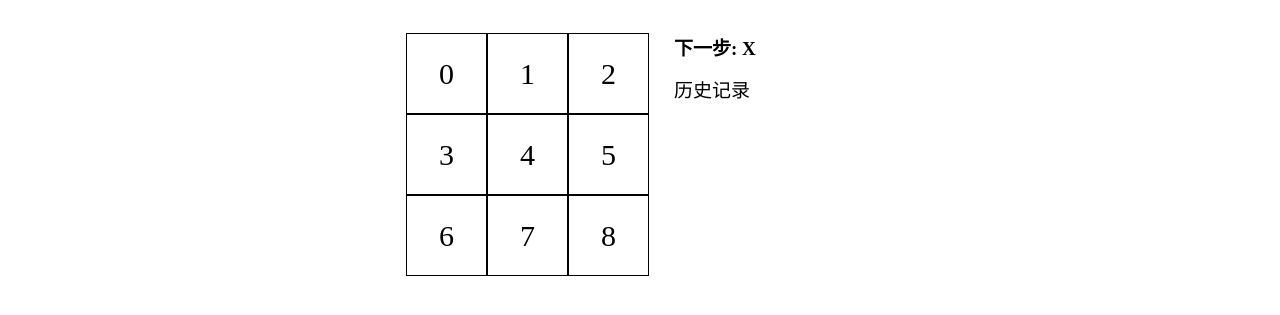
Repository: MiDouShiTongTong/react-tic-tac-toe
Page: /
These files come from the project's save history. The page is drawn as it stood at one moment and after the next save; the edit follows.
The browser window is 1280 px wide. The pictures show the whole page.
The project was rebuilt for these pictures with package versions that can differ from the ones it lists, and the page was loaded fresh each time.

Above is the page before, as saved 2019-04-01 21:17:45.

### src/App.tsx
import React from 'react';
import SquareList from './components/square-list';
import HistoryList from './components/history-list';
import PlayerInfo from './components/player-info';
import './App.scss';

interface Props {}

interface State {
  squareList: any;
  stepCount: number;
  historyList: any;
}

export default class App extends React.Component<Props, State> {
  public constructor(props: any) {
    super(props);
    this.state = {
      stepCount: 0,
      squareList: new Array(9).fill(null),
      historyList: []
    };
  }

  public getCurrentPlayer = (): string => {
    const { stepCount } = this.state;
    return stepCount % 2 === 0 ? 'X' : 'O';
  };

  public handlerSquareClick = (pos: any, info: object) => {
    const { state } = this;
    if (info === null) {
      // 新的历史记录
      const newHistoryList = state.historyList;
      newHistoryList.push({
        stepCount: state.stepCount,
        player: this.getCurrentPlayer(),
        pos
      });
      // 新的方框记录
      const newSquareList = state.squareList;
      newHistoryList.forEach(
        (history: any) => (newSquareList[history.pos] = history.player)
      );
      // 保存当前历史记录, 以及步数
      this.setState(prevState => ({
        stepCount: prevState.stepCount + 1,
        squareList: newSquareList,
        historyList: newHistoryList
      }));
    }
  };

  public render = (): JSX.Element => {
    const { state } = this;
    return (
      <div className="app-container">
        <div className="left-container">
          <SquareList
            squareList={state.squareList}
            handlerSquareClick={this.handlerSquareClick}
          />
        </div>
        <div className="right-container">
          <PlayerInfo currentPlayer={this.getCurrentPlayer()} />
          <HistoryList historyList={state.historyList} />
        </div>
      </div>
    );
  };
}

### src/components/square-list/index.tsx
import React from 'react';
import Square from '../square';
import './index.scss';

interface Props {
  squareList: any[];
  handlerSquareClick: (pos: any, info: object) => void;
}
interface State {}

export default class SquareList extends React.Component<Props, State> {
  constructor(props: any) {
    super(props);
    this.state = {};
  }

  public generateSquare(pos: any) {
    const { props } = this;
    return (
      <Square
        pos={pos}
        info={props.squareList[pos]}
        handlerSquareClick={props.handlerSquareClick}
      />
    );
  }

  public render = (): JSX.Element => {
    return (
      <section className="board-container">
        <div className="row">
          {this.generateSquare(0)}
          {this.generateSquare(1)}
          {this.generateSquare(2)}
        </div>
        <div className="row">
          {this.generateSquare(3)}
          {this.generateSquare(4)}
          {this.generateSquare(5)}
        </div>
        <div className="row">
          {this.generateSquare(6)}
          {this.generateSquare(7)}
          {this.generateSquare(8)}
        </div>
      </section>
    );
  };
}

### src/components/history-list/index.tsx
import React from 'react';
import './index.scss';

interface Props {
  historyList: any[];
}
interface State {}

export default class History extends React.Component<Props, State> {
  constructor(props: any) {
    super(props);
    this.state = {};
  }

  public render = (): JSX.Element => {
    const { props } = this;
    return (
      <section className="history-list-container">
        <span>历史记录</span>
        {props.historyList.length > 0 ? (
          <ul>
            {props.historyList.map((item, index) => (
              <li key={index}>
                <button type="button">
                  #{item.stepCount}, 棋手{item.player}, 下到位置{item.pos}
                </button>
              </li>
            ))}
          </ul>
        ) : null}
      </section>
    );
  };
}

### src/components/player-info/index.tsx
import React from 'react';
import './index.scss';

interface Props {
  currentPlayer: string;
}
interface State {}

export default class History extends React.Component<Props, State> {
  constructor(props: any) {
    super(props);
    this.state = {};
  }

  public render = (): JSX.Element => {
    const { props } = this;
    return (
      <section className="player-info-container">
        下一步: {props.currentPlayer}
      </section>
    );
  };
}

### src/App.scss
.app-container {
  display: flex;
  justify-content: center;
  padding: 25px;
  .right-container {
    padding-left: 25px;
  }
}

### src/components/square/index.tsx
import React from 'react';
import './index.scss';

interface Props {
  pos: any;
  info: object;
  handlerSquareClick: (pos: any, info: object) => void;
}
interface State {}

export default class Square extends React.Component<Props, State> {
  constructor(props: any) {
    super(props);
    this.state = {};
  }

  public getSquareTitle = () => {
    const { props } = this;
    let title: any = props.pos;
    if (props.info) {
      title = props.info;
    }
    return title;
  };

  public render = (): JSX.Element => {
    const { props } = this;
    return (
      <section
        className="square-container"
        onClick={() => props.handlerSquareClick(props.pos, props.info)}
      >
        {this.getSquareTitle()}
      </section>
    );
  };
}

### src/components/square-list/index.scss
.board-container {
  .row {
    display: flex;
  }
}

### src/components/history-list/index.scss
.history-list-container {
  margin-top: 15px;
  font-size: 19px;
  width: 200px;
  ul {
    list-style-type: none;
    padding-left: 0;
    li {
      button {
        width: 200px;
        margin-bottom: 5px;
        padding: 5px;
        border: 1px solid #000;
        background-color: #fff;
        cursor: pointer;
      }
    }
  }
}

### src/components/player-info/index.scss
.player-info-container {
  font-size: 19px;
  font-weight: bold;
}

### src/components/square/index.scss
.square-container {
  display: flex;
  justify-content: center;
  align-items: center;
  width: 79px;
  height: 79px;
  border: 1px solid #000;
  font-size: 30px;
  &:hover {
    border-color: #06f;
    cursor: pointer;
  }
}

Loaded but not shown: public/index.html (common file); src/index.tsx (common file)

After the next save:
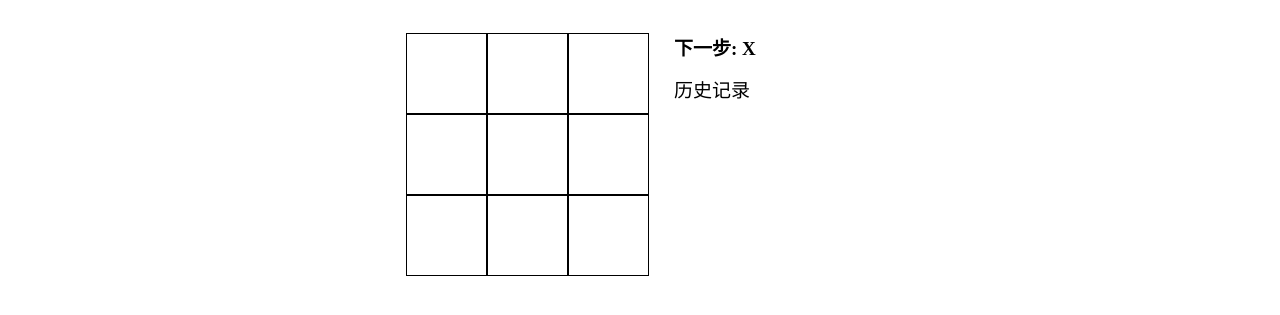
Saved 58 s later.
--- a/src/components/square/index.tsx
+++ b/src/components/square/index.tsx
@@ -16,11 +16,9 @@ export default class Square extends React.Component<Props, State> {
 
   public getSquareTitle = () => {
     const { props } = this;
-    let title: any = props.pos;
     if (props.info) {
       title = props.info;
     }
-    return title;
   };
 
   public render = (): JSX.Element => {
